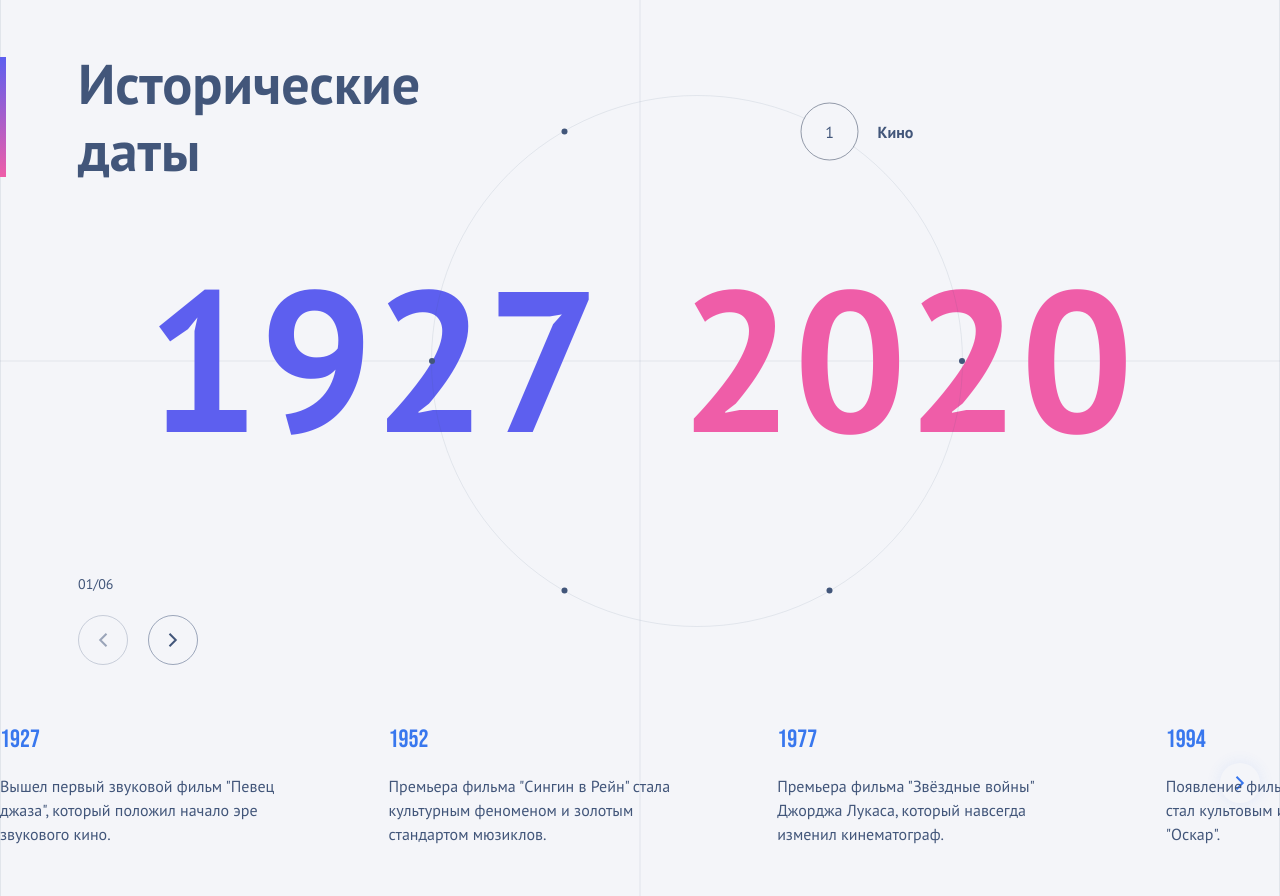
Repository: LenarTulupov/only
Page: /
An editor plug-in stored every save of this project. The page is shown before and after the next save, followed by the edit.
The browser window is 1280 px wide. The pictures show the whole page.
The project was rebuilt for these pictures with package versions that can differ from the ones it lists, and the page was loaded fresh each time.

Above is the page before, as saved 2024-12-18 04:13:51.

### public/index.html
<!DOCTYPE html>
<html lang="en">
  <head>
    <meta charset="utf-8" />
    <link rel="icon" href="%PUBLIC_URL%/favicon.ico" />
    <meta name="viewport" content="width=device-width, initial-scale=1" />
    <meta name="theme-color" content="#000000" />
    <meta
      name="description"
      content="Web site created using create-react-app"
    />
    <link rel="apple-touch-icon" href="%PUBLIC_URL%/logo192.png" />
    <link rel="manifest" href="%PUBLIC_URL%/manifest.json" />
    <title>Only Test</title>
  </head>
  <body>
    <noscript>You need to enable JavaScript to run this app.</noscript>
    <div id="root"></div>
  </body>
</html>

### src/index.tsx
import React from 'react';
import ReactDOM from 'react-dom/client';
import Router from './router/router';
import './globals.scss'

const root = ReactDOM.createRoot(
  document.getElementById('root') as HTMLElement
);
root.render(
  <React.StrictMode>
    <Router />
  </React.StrictMode>
);

### src/router/router.tsx
import { BrowserRouter, Route, Routes } from "react-router-dom";
import HomePage from "../pages/home/page";
import PagesLayout from "../layouts/pages-layout";

export default function Router() {
  return (
    <BrowserRouter>
      <Routes>
        <Route element={<PagesLayout />}>
          <Route path="/" element={<HomePage />} />
        </Route>
      </Routes>
    </BrowserRouter>
  )
};

### src/globals.scss
@import url('https://fonts.googleapis.com/css2?family=Bebas+Neue&family=PT+Sans:wght@400;700&display=swap');

:root {
  --background-color: #F4F5F9;
  --main-color: #42567a;
  --main-color-rgba: rgba(66, 86, 122, 0.5);
  --accent-color: #5D5FEF;
  --light-accent-color: #3877EE;
  --accent-second: #EF5DA8;
  --font-main: "PT Sans", serif;
  --font-second: "Bebas Neue", serif;
  --line-height: 150%;
  --font-size-main: 56px;
  --font-size-small: 14px;
  --font-size-big: 200px;
}
body {
  margin: 0;
  padding: 0;
  background-color: var(--background-color);
  color: var(--black-color);
  font-family: var(--font-main);
  line-height: var(--line-height);
}
ul {
  padding: 0;
  margin: 0;
}

li {
  list-style-type: none;
}

a {
  color: var(--black-color);
  text-decoration: none;
}

h1 {
  margin: 0;
}

### src/pages/home/page.tsx
import Container from "../../components/ui/container/container";
import Divider from "../../components/ui/divider/divider";
import HistorySection from "./history/history";
import styles from './page.module.scss';

export default function HomePage() {
  return (
    <div className={styles['home-page']}>
      <Container>
        <div className={styles['home-page__wrapper']}>
          <Divider
            position="vertical"
            className={styles.divider_vertical}
          />
          <HistorySection />
        </div>
      </Container>
    </div>
  )
};

### src/layouts/pages-layout.tsx
import { Outlet } from 'react-router-dom';
import styles from './pages-layout.module.scss';

export default function PagesLayout() {
  return (
    <div className={styles['pages-layout']}>
      <Outlet />
    </div>
  )
};

### src/components/ui/container/container.tsx
import { ReactNode } from "react"
import styles from './container.module.scss';

interface IContainer {
  children: ReactNode;
}

export default function Container({ children }: IContainer) {
  return (
    <div className={styles.container}>
      {children}
    </div>
  )
};

### src/components/ui/divider/divider.tsx
import styles from './divider.module.scss';

interface IDivider {
  position?: 'horizontal' | 'vertical';
  className?: string;
}

export default function Divider({
  position = 'horizontal', className }: IDivider) {
  return <div className={`
    ${styles.divider}
    ${styles[`divider_${position}`]}
    ${className || ''}
  `}/>
};

### src/pages/home/history/history.tsx
import { useState } from 'react';
import Divider from '../../../components/ui/divider/divider';
import Title from '../../../components/ui/title/title';
import Circle from './circle/circle';
import Dates from './dates/dates';
import HistorySlider from './history-slider/history-slider';
import styles from './history.module.scss';
import StepNavigation from './step-navigation/step-navigation';
import { circleItems } from '../../../constants/circle-items';

export default function HistorySection() {
  const [activeButton, setActiveButton] = useState<number>(1);
  const activeCategory = circleItems.find((item) => item.id === activeButton);
  const firstDate = activeCategory?.events[0]?.year;
  const lastDate = activeCategory?.events.at(-1)?.year;

  return (
    <section className={styles.history}>
      <div className={styles.history__content}>
        <div className={styles['history__content-col-1']}>
          <Title className={styles.history__title} showBefore>
            Исторические даты
          </Title>
          <StepNavigation
            className={styles['step-navigation']}
            activeButton={activeButton}
            setActiveButton={setActiveButton}
          />
        </div>
        <Circle
          className={styles.circle}
          activeButton={activeButton}
          setActiveButton={setActiveButton}
        />
        <Divider
          position="horizontal"
          className={styles.divider_horizontal}
        />
        <Dates
          className={styles.dates}
          firstDate={firstDate}
          lastDate={lastDate}
        />
      </div>
      <HistorySlider
        activeCategory={activeCategory}
        className={styles['history-slider']}
      />
    </section>
  )
};

### src/pages/home/page.module.scss
.home-page {
  &__wrapper {
    position: relative;
    min-height: 100vh;
    .divider_vertical {
      position: absolute;
      top: 0;
      left: 50%;
      transform: translateX(-50%);
      z-index: -10;
    }
  }

  /* Линия слева */
  &__wrapper::before {
    content: "";
    position: absolute;
    top: 0;
    bottom: 0;
    left: 0;
    width: 1px;
    background-color: var(--main-color);
    opacity: 0.1;
  }

  /* Линия справа */
  &__wrapper::after {
    content: "";
    position: absolute;
    top: 0;
    bottom: 0;
    right: 0;
    width: 1px;
    background-color: var(--main-color);
    opacity: 0.1;
  }
  /* Линий по центру горизонтальная */

  /* Линий по центру вертикальная */
}

### src/components/ui/container/container.module.scss
.container {
  max-width: 1440px;
  margin: 0 auto;
}

### src/components/ui/divider/divider.module.scss
.divider {
  background-color: var(--main-color);
  opacity: 0.1;
  &_horizontal {
    width: 100%;
    height: 1px;
  }
  &_vertical {
    width: 1px;
    height: 100%;
  }
}

### src/components/ui/title/title.tsx
import { ReactNode } from 'react';
import styles from './title.module.scss';

interface ITitle {
  children: ReactNode;
  className?: string;
  color?: 'main' | 'blue' | 'light-blue' | 'pink';
  size?: 'main' | 'small'| 'big';
  showBefore?: boolean;
}

export default function Title({
  children,
  className,
  color = 'main',
  size = 'main',
  showBefore = false }: ITitle) {
  return (
    <h1
      className={`
        ${styles.title}
        ${className || ''}
        ${styles[`title__color-${color}`]}
        ${styles[`title__size-${size}`]}
        ${showBefore ? styles['title_before'] : ''}
      `}>
      {children}
    </h1>
  )
};

### src/pages/home/history/circle/circle.tsx
import { useEffect, useRef, Dispatch, SetStateAction } from 'react';
import { gsap } from 'gsap';
import { circleItems } from '../../../../constants/circle-items';
import styles from './circle.module.scss';

interface ICircle {
  className?: string;
  activeButton: number;
  setActiveButton: Dispatch<SetStateAction<number>>;
}

export default function Circle({ className, activeButton, setActiveButton}: ICircle) {
  const circleRef = useRef<HTMLDivElement>(null);
  const buttonsRef = useRef<HTMLDivElement[]>([]);

  const handleActiveButton = (btnId: number) => {
    setActiveButton(btnId);
  };

  useEffect(() => {
    const rotationAngle = (1 - activeButton) * 60;
    gsap.to(circleRef.current, {
      rotate: rotationAngle,
      duration: 0.5,
      ease: 'power2.out',
    });

    buttonsRef.current.forEach((btn) => {
      let buttonRotation = 0;

      switch(activeButton) {
        case 2:
          buttonRotation = 60;
          break;
        case 3:
          buttonRotation = 120;
          break;
        case 4:
          buttonRotation = 180;
          break;
        case 5:
          buttonRotation = 240;
          break;
        case 6:
          buttonRotation = 300;
          break;
        default:
          buttonRotation = 0;
          break;
      }

      gsap.to(btn, {
        rotate: buttonRotation,
        duration: 0.5,
        ease: 'power2.out',
      });
    });
  }, [activeButton]);

  return (
      <div ref={circleRef} className={`${styles.circle} ${className || ''}`}>
        {circleItems.map((item, index) => {
          const btnId = index + 1;
          return (
            <div
              key={btnId}
              ref={(el) => (buttonsRef.current[index] = el!)}
              className={`
                ${styles[`circle__btn-${btnId}`]}
                ${styles.circle__btn}
                ${activeButton === btnId ? styles.active : ''}
              `}
              onClick={() => handleActiveButton(btnId)}
            >
              {btnId}
              <span
                className={`
                  ${styles['sub-title']}
                  ${activeButton === btnId ? styles.active : ''}
                `}
              >
                {item.category}
              </span>
            </div>
          );
        })}
      </div>
  );
}

### src/pages/home/history/dates/dates.tsx
import { useEffect, useState } from 'react';
import Title from '../../../../components/ui/title/title';
import styles from './dates.module.scss';

interface IDates {
  className?: string;
  firstDate: string;
  lastDate: string;
}

export default function Dates({ className, firstDate, lastDate }: IDates) {
  const [currentFirstDate, setCurrentFirstDate] = useState(Number(firstDate));
  const [currentLastDate, setCurrentLastDate] = useState(Number(lastDate));

  useEffect(() => {
    const animateNumber = (
      from: number,
      to: number,
      setNumber: React.Dispatch<React.SetStateAction<number>>
    ) => {
      const stepTime = 20;
      const steps = 50;
      const delta = (to - from) / steps;

      let currentStep = 0;
      const interval = setInterval(() => {
        currentStep += 1;
        const nextValue = from + delta * currentStep;
        setNumber(Math.round(nextValue));

        if (currentStep >= steps) {
          clearInterval(interval);
          setNumber(to);
        }
      }, stepTime);
    };

    animateNumber(Number(currentFirstDate), Number(firstDate), setCurrentFirstDate);
    animateNumber(Number(currentLastDate), Number(lastDate), setCurrentLastDate);
  }, [firstDate, lastDate]);
  return (
    <div className={`${styles.dates} ${className || ''}`}>
      <Title color='blue' size='big'>{currentFirstDate}</Title>
      <Title color='pink' size='big'>{currentLastDate}</Title>
    </div>
  )
};

### src/pages/home/history/history.module.scss
.history {
  padding: 50px 0;
  &__title {
    // position: relative;
    line-height: 1.2;
    width: 353px;
    padding-left: 78px;
    height: fit-content;

  }
  &__content {
    position: relative;
    display: grid;
    grid-template-columns: repeat(3, 1fr);
    height: 615px;
    &-col-1 {
      display: flex;
      flex-direction: column;
      justify-content: space-between;
    }
  }
}
.circle {
  margin-top: 45px;
}
.divider_horizontal {
  position: absolute;
  top: calc(50% + 3px);
  left: 0;
  transform: translateY(-50%);
  z-index: -10;
}
.step-navigation {
  padding-left: 78px;
}

### src/pages/home/history/step-navigation/step-navigation.tsx
import { Dispatch, SetStateAction } from "react";
import NavigationButtons from "./navigation-buttons/navigation-buttons";
import SliderStep from "./slider-step/slider-step";
import styles from './step-navigation.module.scss';

interface IStepNavigation {
  className?: string;
  activeButton: number;
  setActiveButton: Dispatch<SetStateAction<number>>;
}

export default function StepNavigation({
  className,
  activeButton,
  setActiveButton }: IStepNavigation) {

    const handleNext = () => {
      setActiveButton((p) => (p < 6 ? p + 1 : 1));
    };

    const handlePrev = () => {
      setActiveButton((p) => (p > 1 ? p - 1 : 6));
    };

    return (
      <div className={`${styles['step-navigation']} ${className || ''}`}>
        <SliderStep activeButton={activeButton} />
        <NavigationButtons
          handleNext={handleNext}
          handlePrev={handlePrev}
          isBeginning={activeButton === 1}
          isEnd={activeButton === 6}
        />
      </div>
    );
};

### src/components/ui/title/title.module.scss
.title {
  line-height: 150%;
  position: relative;
  &::before {
    content: "";
    position: absolute;
    top: 50%;
    transform: translateY(-50%);
    left: 0;
    height: 120px;
    width: 6px;
    background: linear-gradient(to bottom, var(--accent-color) 0%, var(--accent-second) 100%);
    visibility: hidden;
  }
  &.title_before::before {
    visibility: visible; // Показываем псевдоэлемент
  }
  &__color-main {
    color: var(--main-color);
  }

  &__color-blue {
    color: var(--accent-color);
  }
  &__color-light-blue {
    color: var(--light-accent-color);
  }

  &__color-pink {
    color: var(--accent-second);
  }

  &__size-main {
    font-size: var(--font-size-main);
  }
  &__size-small {
    font-size: var(--font-size-small);
  }

  &__size-big {
    font-size: var(--font-size-big);
  }
}

### src/pages/home/history/circle/circle.module.scss
.circle {
  position: relative;
  width: 530px;
  height: 530px;
  border: 1px solid rgba(66, 86, 122, 0.1);
  border-radius: 100%;
  display: flex;
  justify-content: center;
  align-items: center;
  transform-origin: center;
}

.circle__btn {
  position: absolute;
  display: flex;
  align-items: center;
  justify-content: center;
  width: 6px;
  height: 6px;
  border: none;
  background-color: var(--main-color);
  border-radius: 100%;
  color: var(--main-color);
  line-height: 30px;
  font-size: 0;
  cursor: pointer;
  transition: width .3s ease-in-out, height .3s ease-in-out, font-size .3s ease-in-out;

  &::before {
    content: "";
    position: absolute;
    top: 50%;
    left: 50%;
    transform: translate(-50%, -50%);
    width: 25px;
    height: 25px;
    border-radius: 100%;
    background: transparent;
  }

  .sub-title {
    position: absolute;
    top: 50%;
    left: 0;
    transform: translateY(-50%);
    margin-left: 76px;
    font-weight: bold;
    opacity: 0;
    transition: opacity 0.3s ease-in-out;
  }

  .sub-title.active {
    opacity: 1;
  }

  &:hover,
  &.active {
    width: 56px;
    height: 56px;
    font-size: 16px;
    background-color: #F4F5F9;
    outline: 1px solid rgba(48, 62, 88, 0.5);
  }

  &-1 {
    transform: rotate(300deg) translateX(265px) rotate(60deg);
  }

  &-2 {
    transform: rotate(0deg) translateX(265px) rotate(0deg);
  }

  &-3 {
    transform: rotate(60deg) translateX(265px) rotate(-60deg);
  }

  &-4 {
    transform: rotate(120deg) translateX(265px) rotate(-120deg);
  }

  &-5 {
    transform: rotate(180deg) translateX(265px) rotate(-180deg);
  }

  &-6 {
    transform: rotate(240deg) translateX(265px) rotate(-240deg);
  }
}

### src/pages/home/history/dates/dates.module.scss
.dates {
  position: absolute;
  top: 50%;
  left: 50%;
  transform: translate(-50%, -50%);
  display: flex;
  gap: 80px;
  z-index: -1;
}

### src/pages/home/history/history-slider/slider-content/slider-content.tsx
import Text from "../../../../../components/ui/text/text";
import Title from "../../../../../components/ui/title/title";
import styles from './slider-content.module.scss';

interface ISliderContent {
  year: string;
  text: string;
}

export default function SliderContent({ year, text }: ISliderContent) {
  return (
    <div className={styles['slider-content']}>
      <Title
        size="small"
        color="light-blue"
        className={styles['slider-content__title']}
      >
        {year}
      </Title>
      <Text text={text} />
    </div>
  )
};

### src/components/ui/content-container/content-container.tsx
import { ReactNode } from 'react';
import styles from './content-container.module.scss';

interface IContentContainer {
  children: ReactNode;
}

export default function ContentContainer({ children }: IContentContainer) {
  return (
    <div className={styles['content-container']}>
      {children}
    </div>
  )
};

### src/components/ui/arrow-button/arrow-button.tsx
import styles from './arrow-button.module.scss';

interface IArrowButton {
  rotation?: 'left' | 'right'
  onClick?: () => void;
  slider?: boolean;
  disabled?: boolean;
  className?: string;
}

export default function ArrowButton({
  rotation,
  onClick,
  slider = false,
  disabled = false,
  className}: IArrowButton) {
  return (
    <button
      className={`
        ${styles['arrow-button']}
        ${styles[rotation]}
        ${slider ? styles['arrow-button_slider'] : ''}
        ${className || ''}
        ${disabled ? styles.disabled : ''}
      `}
      onClick={onClick}
      disabled={disabled}
    >
      <svg width="10" height="14" viewBox="0 0 10 14" fill="none" xmlns="http://www.w3.org/2000/svg">
        <path d="M8.49988 0.750001L2.24988 7L8.49988 13.25" stroke="#42567A" stroke-width="2" />
      </svg>
    </button>
  )
};

### src/pages/home/history/history-slider/history-slider.module.scss
.history-slider {
  position: relative;
  margin-top: 56px;
}
.next {
  position: absolute;
  top: 50%;
  transform: translateY(-50%);
  right: 20px;
}
.prev {
  position: absolute;
  top: 50%;
  transform: translateY(-50%);
  left: 20px;
}

.fade-out {
  opacity: 0;
  transition: opacity 0.5s ease;
}
.fade-in {
  opacity: 1;
  transition: opacity 0.5s ease;
}

### src/pages/home/history/step-navigation/navigation-buttons/navigation-buttons.tsx
import ArrowButton from '../../../../../components/ui/arrow-button/arrow-button';
import styles from './navigation-buttons.module.scss';

interface INavigationButtons {
  handleNext: () => void;
  handlePrev: () => void;
  isBeginning: boolean;
  isEnd: boolean;
}

export default function NavigationButtons({
  handleNext,
  handlePrev,
  isBeginning,
  isEnd }: INavigationButtons) {
  return (
    <div className={styles['navigation-buttons']}>
      <ArrowButton
        onClick={handlePrev}
        disabled={isBeginning}
      />
      <ArrowButton
        rotation='right'
        onClick={handleNext}
        disabled={isEnd}
      />
    </div>
  );
};

### src/pages/home/history/step-navigation/slider-step/slider-step.tsx
import Title from "../../../../../components/ui/title/title";
import styles from './slider-step.module.scss';

interface ISliderStep {
  activeButton: number;
}

export default function SliderStep({ activeButton }: ISliderStep) {
  return <Title size="small" className={styles.font}>0{activeButton}/06</Title>
};

### src/pages/home/history/step-navigation/step-navigation.module.scss
.step-navigation {
  display: flex;
  flex-direction: column;
  row-gap: 20px;
}

### src/components/ui/text/text.tsx
import styles from './text.module.scss';

interface IText {
  text: string;
}

export default function Text({ text }: IText) {
  return (
    <div className={styles.text}>
        { text }
    </div>
  )
};

### src/pages/home/history/history-slider/slider-content/slider-content.module.scss
.slider-content {
  display: flex;
  flex-direction: column;
  row-gap: 15px;
  cursor: grabbing;
  &__title {
    font-family: var(--font-second);
    font-weight: 400;
    font-size: 25px;
  }
}

### src/components/ui/content-container/content-container.module.scss
.content-container {
  max-width: calc(1440px - 160px);
  margin: 0 auto;
}

### src/components/ui/arrow-button/arrow-button.module.scss
.arrow-button {
  width: 50px;
  height: 50px;
  display: flex;
  align-items: center;
  justify-content: center;
  border: 1px solid var(--main-color-rgba);
  background-color: transparent;
  border-radius: 100%;
  cursor: pointer;
}
.arrow-button_slider {
  width: 40px;
  height: 40px;
  border: none;
  box-shadow: 0 0 15px 0 rgba(56, 119, 238, 0.1);
  svg path {
    stroke: var(--light-accent-color);
  }
}
.left {
  transform: rotate(0deg);
}
.right {
  transform: rotate(180deg);
}
.disabled {
  opacity: .5;
  cursor: auto;
}

### src/pages/home/history/step-navigation/navigation-buttons/navigation-buttons.module.scss
.navigation-buttons {
  display: flex;
  column-gap: 20px;
}
.disabled {
  opacity: .5;
  cursor: auto;
}

### src/pages/home/history/step-navigation/slider-step/slider-step.module.scss
.font {
  font-weight: 400;
}

### src/components/ui/text/text.module.scss
.text {
  color: var(--main-color);
}

Loaded but not shown: src/constants/circle-items.ts (122 lines, source omitted); src/pages/home/history/history-slider/history-slider.tsx (119 lines, source omitted); src/layouts/pages-layout.module.scss (no stored copy; drawn as an empty file)

After the next save:
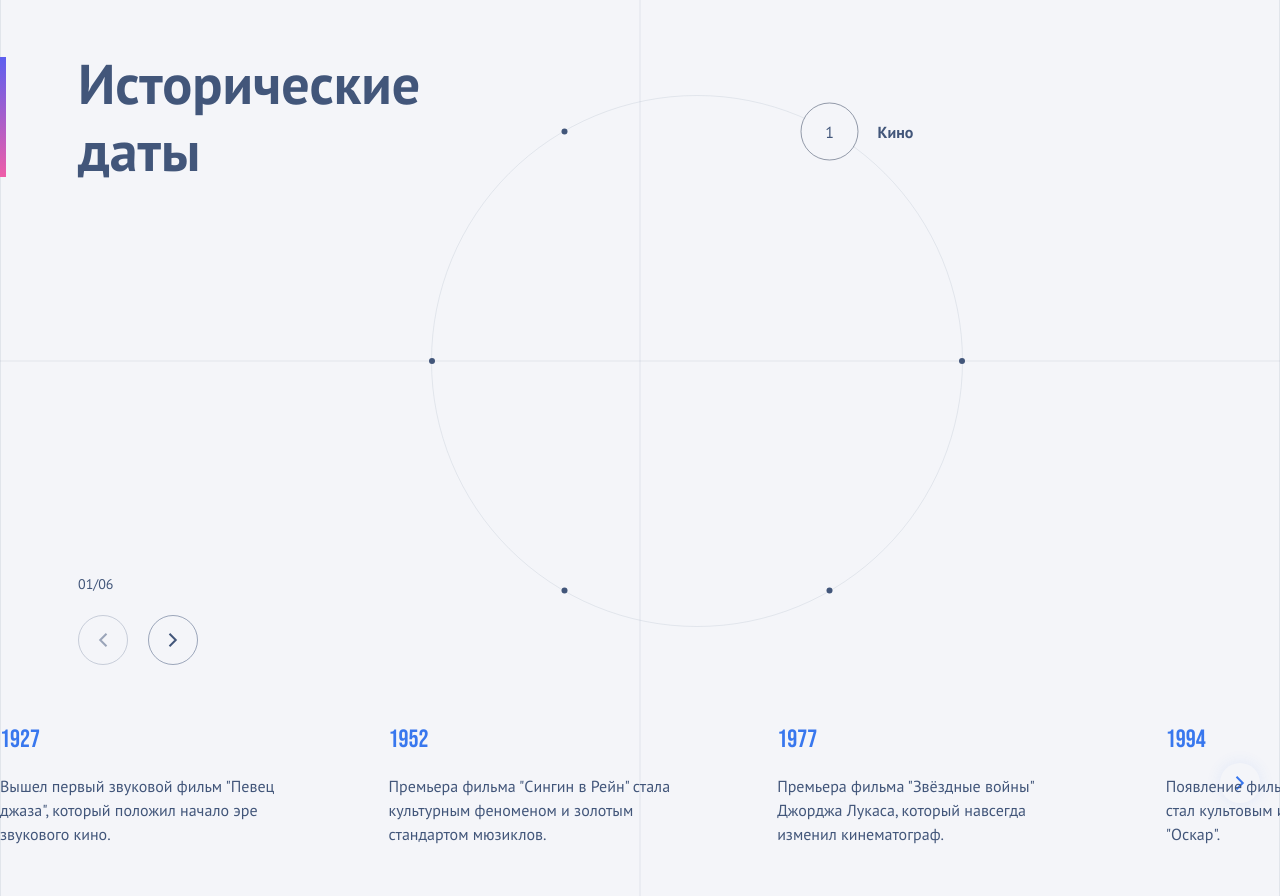
Saved 8 h 59 min later.
--- a/src/pages/home/history/history.tsx
+++ b/src/pages/home/history/history.tsx
@@ -36,11 +36,7 @@ export default function HistorySection() {
           position="horizontal"
           className={styles.divider_horizontal}
         />
-        <Dates
-          className={styles.dates}
-          firstDate={firstDate}
-          lastDate={lastDate}
-        />
+
       </div>
       <HistorySlider
         activeCategory={activeCategory}
